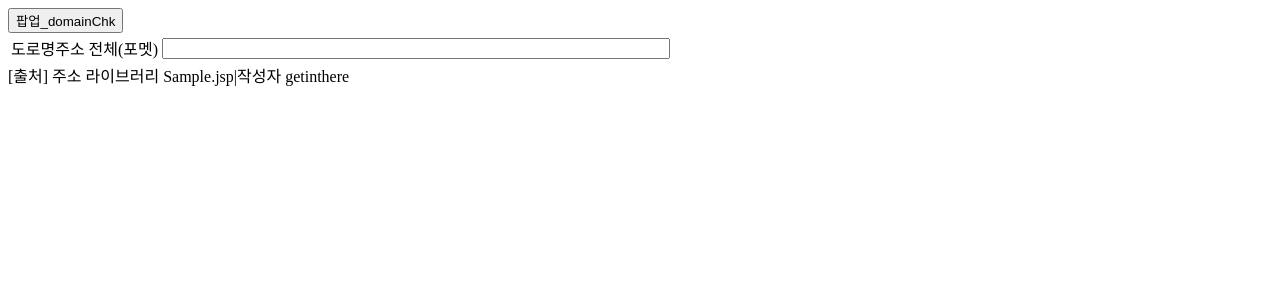
Repository: bk6717/jspwork
Page: http://localhost/blog/test/Sample.jsp
An editor plug-in stored every save of this project. The page is shown before and after the next save, followed by the edit.
The browser window is 1280 px wide. The pictures show the whole page.
The page is served by Tomcat 9.

Above is the page before, as saved 2020-06-02 02:06:34.

After the next save:
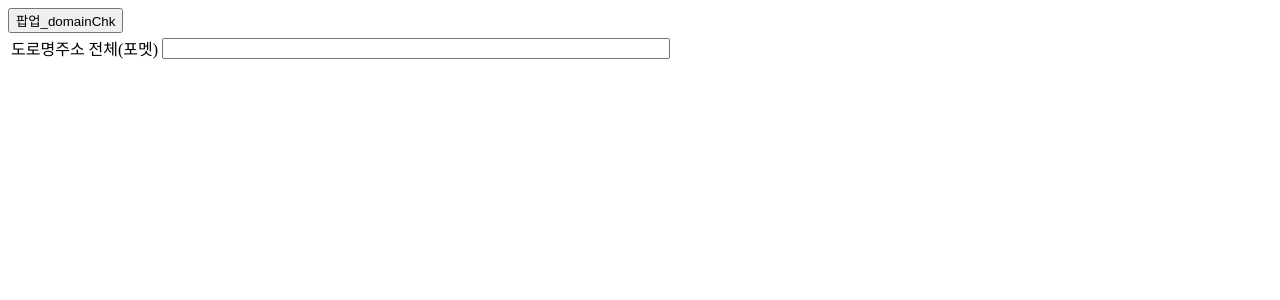
Saved 3 s later.
--- a/blog2/src/com/cos/blog/WebContent/test/Sample.jsp
+++ b/blog2/src/com/cos/blog/WebContent/test/Sample.jsp
@@ -32,4 +32,3 @@ function jusoCallBack(roadFullAddr){
 </form>
 </body>
 </html>
-[출처] 주소 라이브러리 Sample.jsp|작성자 getinthere
